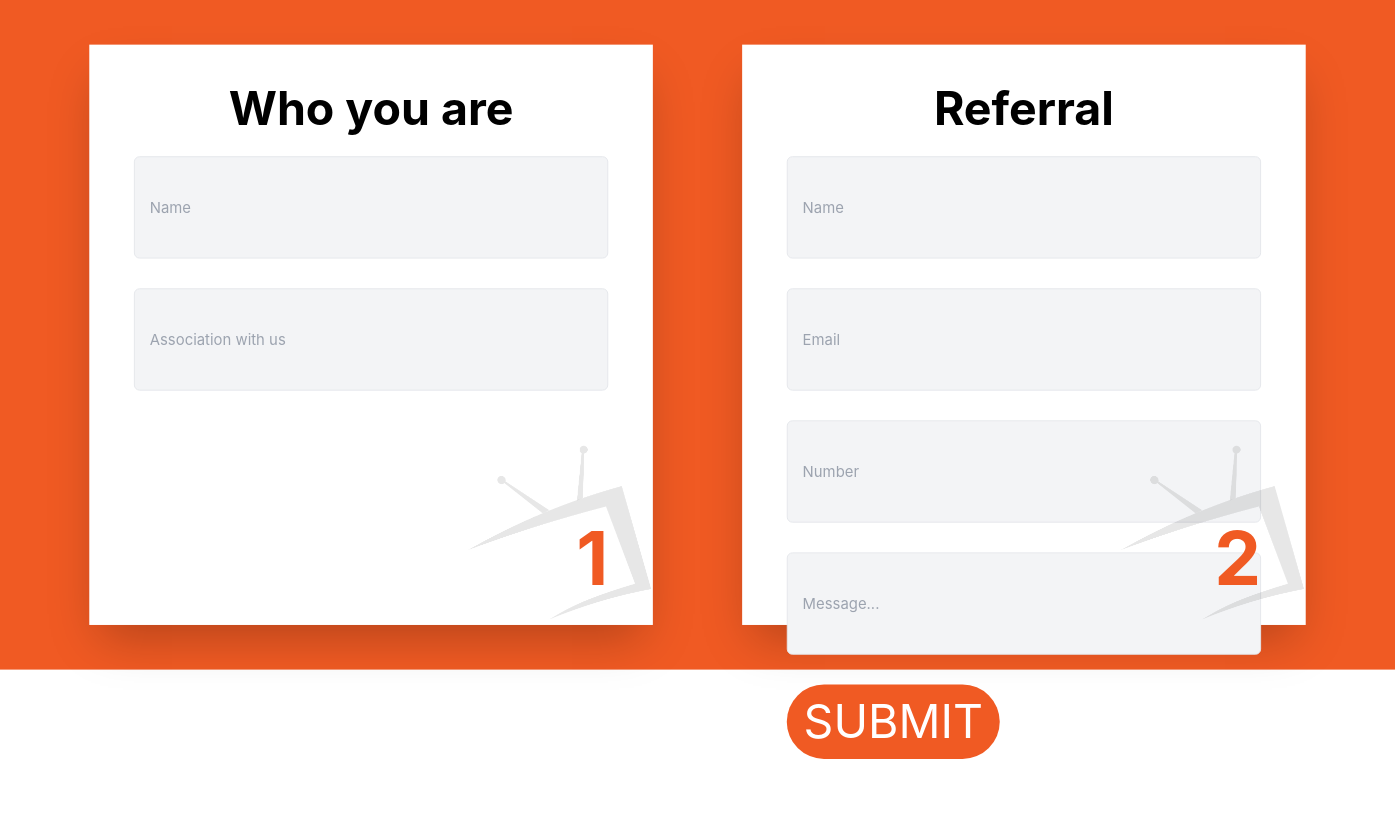
Repository: legenddev1202/whyclicktv
Page: /referrel
The author's editor kept a copy of each file at every save. The page is drawn from the files as they stood at one save, then again after the next save.
The browser window is 1280 px wide. The page is 1500 px wide, so the pictures cover 1500 px, including what lies to the right of the window. The pictures show the whole page, at 93% of full size.
The project was rebuilt for these pictures with package versions that can differ from the ones it lists, and the page was loaded fresh each time. Also part of the build but not shown: src/App.css, src/pages/home.js, src/pages/about.js, src/pages/contact.js, src/pages/partners.js.

Above is the page before, as saved 2022-03-31 15:43:01.

### public/index.html
<!DOCTYPE html>
<html lang="en">
  <head>
    <meta charset="utf-8" />
    <link rel="icon" href="%PUBLIC_URL%/favicon.ico" />
    <meta name="viewport" content="width=device-width, initial-scale=1" />
    <meta name="theme-color" content="#000000" />
    <meta name="description" content="why-click" />
    <link rel="apple-touch-icon" href="%PUBLIC_URL%/favicon.ico" />
    <!--
      manifest.json provides metadata used when your web app is installed on a
      user's mobile device or desktop. See https://developers.google.com/web/fundamentals/web-app-manifest/
    -->
    <link rel="manifest" href="%PUBLIC_URL%/manifest.json" />
    <!--
      Notice the use of %PUBLIC_URL% in the tags above.
      It will be replaced with the URL of the `public` folder during the build.
      Only files inside the `public` folder can be referenced from the HTML.

      Unlike "/favicon.ico" or "favicon.ico", "%PUBLIC_URL%/favicon.ico" will
      work correctly both with client-side routing and a non-root public URL.
      Learn how to configure a non-root public URL by running `npm run build`.
    -->
    <title>WhyClick.tv</title>
  </head>
  <body>
    <noscript>WhyClick.tv</noscript>
    <div id="root"></div>
    <!--
      This HTML file is a template.
      If you open it directly in the browser, you will see an empty page.

      You can add webfonts, meta tags, or analytics to this file.
      The build step will place the bundled scripts into the <body> tag.

      To begin the development, run `npm start` or `yarn start`.
      To create a production bundle, use `npm run build` or `yarn build`.
    -->
  </body>
</html>

### src/index.css
@tailwind base;
@tailwind components;
@tailwind utilities;

body {
  margin: 0;
  font-family: -apple-system, BlinkMacSystemFont, "Segoe UI", "Roboto", "Oxygen",
    "Ubuntu", "Cantarell", "Fira Sans", "Droid Sans", "Helvetica Neue",
    sans-serif;
  -webkit-font-smoothing: antialiased;
  -moz-osx-font-smoothing: grayscale;
  height: 100%;
  min-height: 900px;
  min-width: 1500px;
}

code {
  font-family: source-code-pro, Menlo, Monaco, Consolas, "Courier New",
    monospace;
}

input::placeholder {
  font-size: 50;
}

input::-moz-placeholder {
  font-size: 50;
}

input::-webkit-input-placeholder {
  font-size: 50;
}

### src/App.js
import { Routes, Route, Link } from "react-router-dom";
import "./App.css";
import Home from "./pages/home";
import About from "./pages/about";
import Contact from "./pages/contact";
import Partners from "./pages/partners";
import Referral from "./pages/referral";

function App() {
  return (
    <Routes>
      <Route path="/" element={<Home />} />
      <Route path="about" element={<About />} />
      <Route path="contact" element={<Contact />} />
      <Route path="partners" element={<Partners />} />
      <Route path="referrel" element={<Referral />} />
    </Routes>
  );
}

export default App;

### src/pages/referral.js
import React from "react";
import { Routes, Route, Link } from "react-router-dom";

function Referral() {
  return (
    <div
      className="w-full h-full"
      style={{ backgroundColor: "#F05A23", height: "100vh" }}
    >
      <div className="w-full p-12 flex h-full">
        <div className="w-1/2 p-12 mx-12 flex flex-col items-center bg-white h-11/12 relative shadow-2xl">
          <div className="text-4xl font-bold" style={{ fontSize: 50 }}>
            Who you are
          </div>
          <div className="w-full mt-8">
            <input
              className="w-full rounded-md border px-4 bg-gray-100"
              placeholder="Name"
              style={{ height: 110 }}
            ></input>
            <div className="w-full mt-8">
              <input
                className="w-full rounded-md border px-4 bg-gray-100"
                placeholder="Association with us"
                style={{ height: 110 }}
              ></input>
            </div>
          </div>
          <img
            className="logo-icon absolute bottom-0 right-0"
            src="assets/images/logos/tv-logo.png"
            width={203}
            height={192}
            alt="logo"
          />
          <div
            className="text-5xl font-bold absolute bottom-8 right-12"
            style={{ color: "#F05A23", fontSize: 80 }}
          >
            1
          </div>
        </div>
        <div className="w-1/2 p-12 mx-12 flex flex-col items-center bg-white h-11/12 relative shadow-2xl">
          <div className="text-4xl font-bold" style={{ fontSize: 50 }}>
            Referral
          </div>
          <div className="w-full mt-8">
            <input
              className="w-full rounded-md border px-4 bg-gray-100"
              placeholder="Name"
              style={{ height: 110 }}
            ></input>
            <div className="w-full mt-8">
              <input
                className="w-full rounded-md h-16 border px-4 bg-gray-100"
                placeholder="Email"
                style={{ height: 110 }}
              ></input>
            </div>
            <div className="w-full mt-8">
              <input
                className="w-full rounded-md h-16 border px-4 bg-gray-100"
                placeholder="Number"
                style={{ height: 110 }}
              ></input>
            </div>
            <div className="w-full mt-8">
              <input
                className="w-full rounded-md h-16 border px-4 bg-gray-100"
                placeholder="Message..."
                style={{ height: 110 }}
              ></input>
            </div>
          </div>
          <div className="self-start mt-8">
            <button
              className="rounded-full"
              style={{
                backgroundColor: "#F05A23",
                color: "white",
                fontSize: 50,
                height: 80,
                width: 229,
              }}
            >
              SUBMIT
            </button>
          </div>
          <img
            className="logo-icon absolute bottom-0 right-0"
            src="assets/images/logos/tv-logo.png"
            width={203}
            height={192}
            alt="logo"
          />
          <div
            className="text-5xl font-bold absolute bottom-8 right-12"
            style={{ color: "#F05A23", fontSize: 80 }}
          >
            2
          </div>
        </div>
      </div>
    </div>
  );
}

export default Referral;

Loaded but not shown: src/index.js (common file); src/reportWebVitals.js (common file); tailwind.config.js (common file)

After the next save:
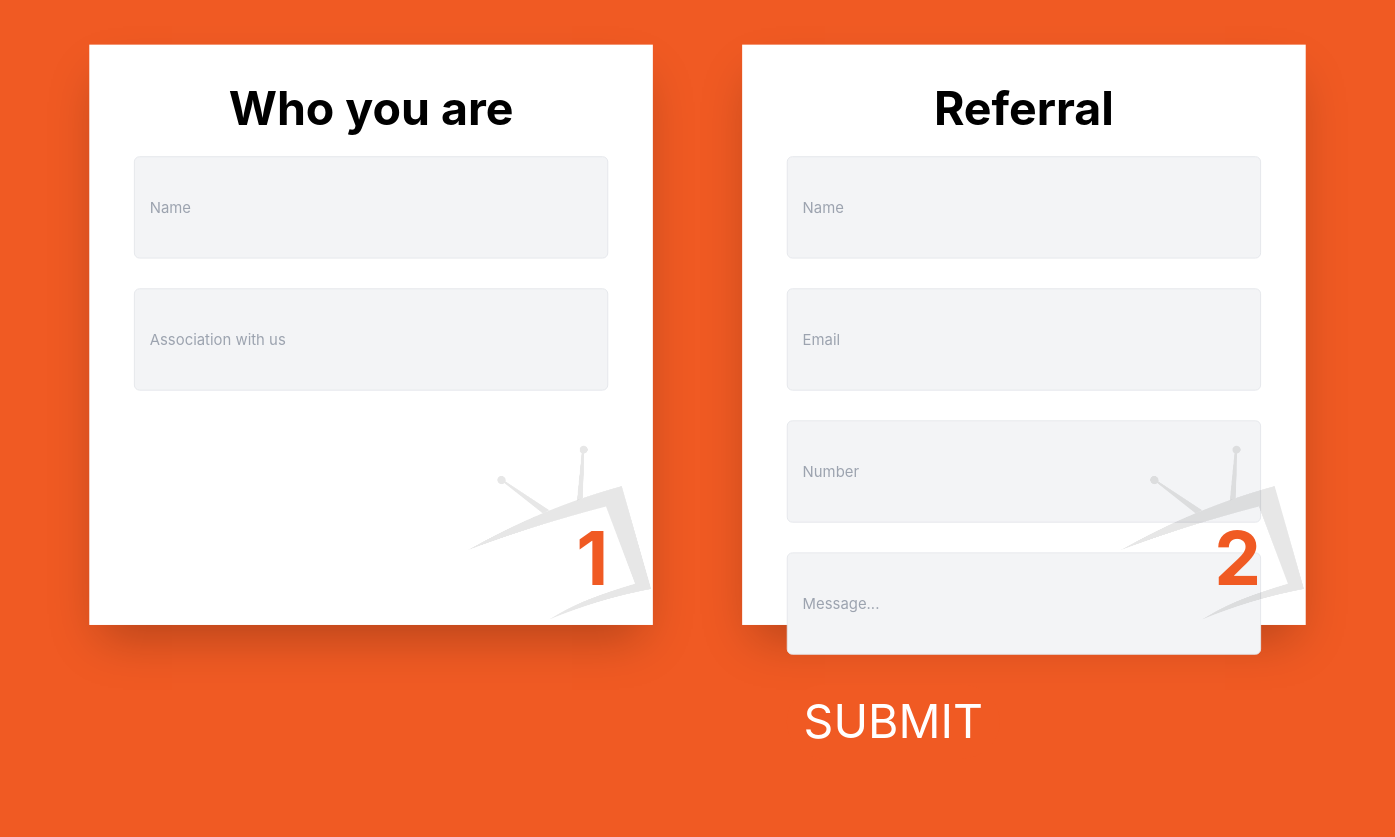
Saved 79 s later.
--- a/src/index.css
+++ b/src/index.css
@@ -12,6 +12,7 @@
   height: 100%;
   min-height: 900px;
   min-width: 1500px;
+  background-color: #f05a23;
 }
 
 code {

After the save that followed:
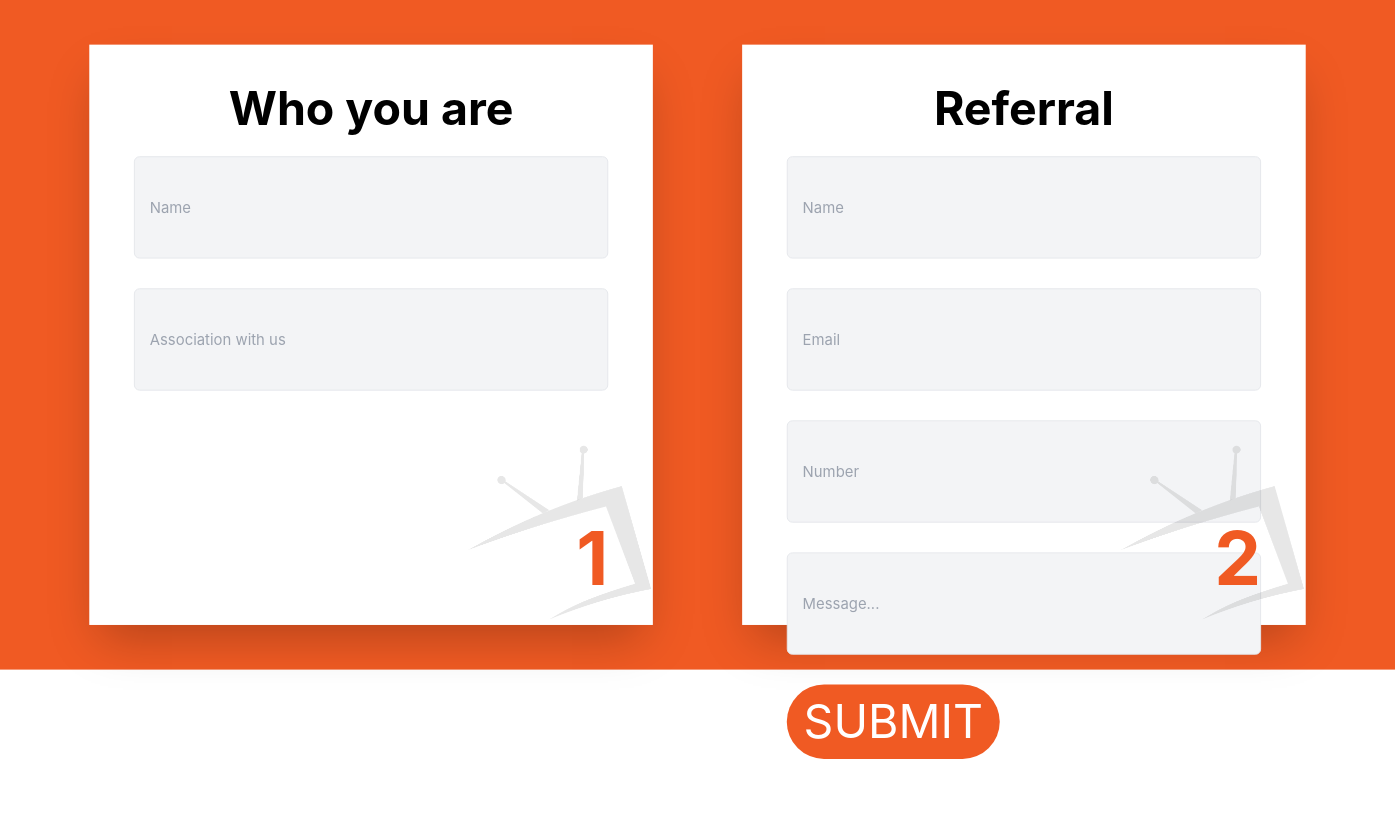
Saved 13 s later.
--- a/src/index.css
+++ b/src/index.css
@@ -12,7 +12,6 @@
   height: 100%;
   min-height: 900px;
   min-width: 1500px;
-  background-color: #f05a23;
 }
 
 code {
